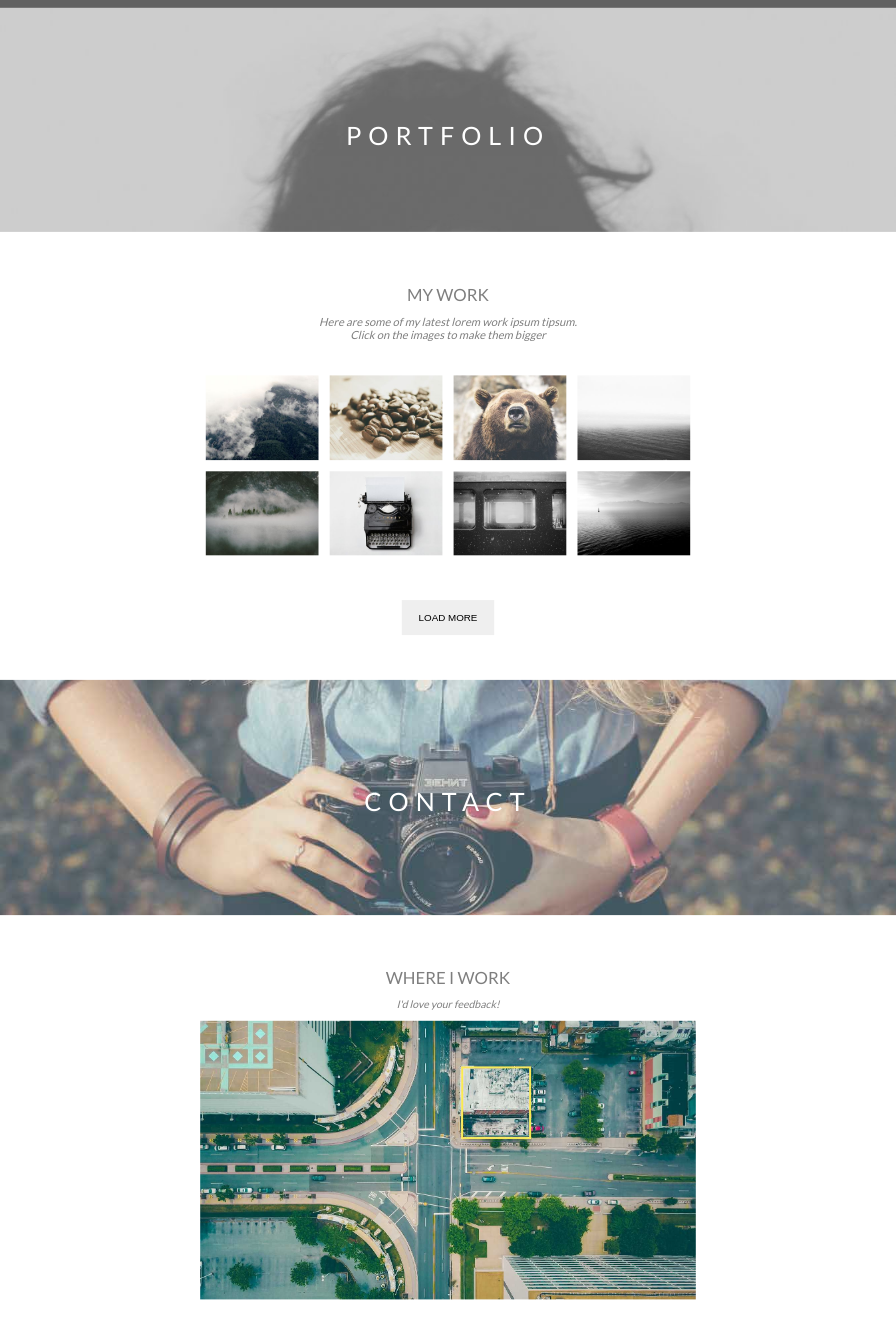
Repository: xd25vn/project-error
Page: index.html
An editor plug-in stored every save of this project. The page is shown before and after the next save, followed by the edit.
The browser window is 1280 px wide. The pictures show the part of the page from y = 1956 to 3876 px (the page is 3876 px tall before and 3638 px after), at 70% of full size.

Above is the page before, as saved 2023-09-03 17:28:01.

After the next save:
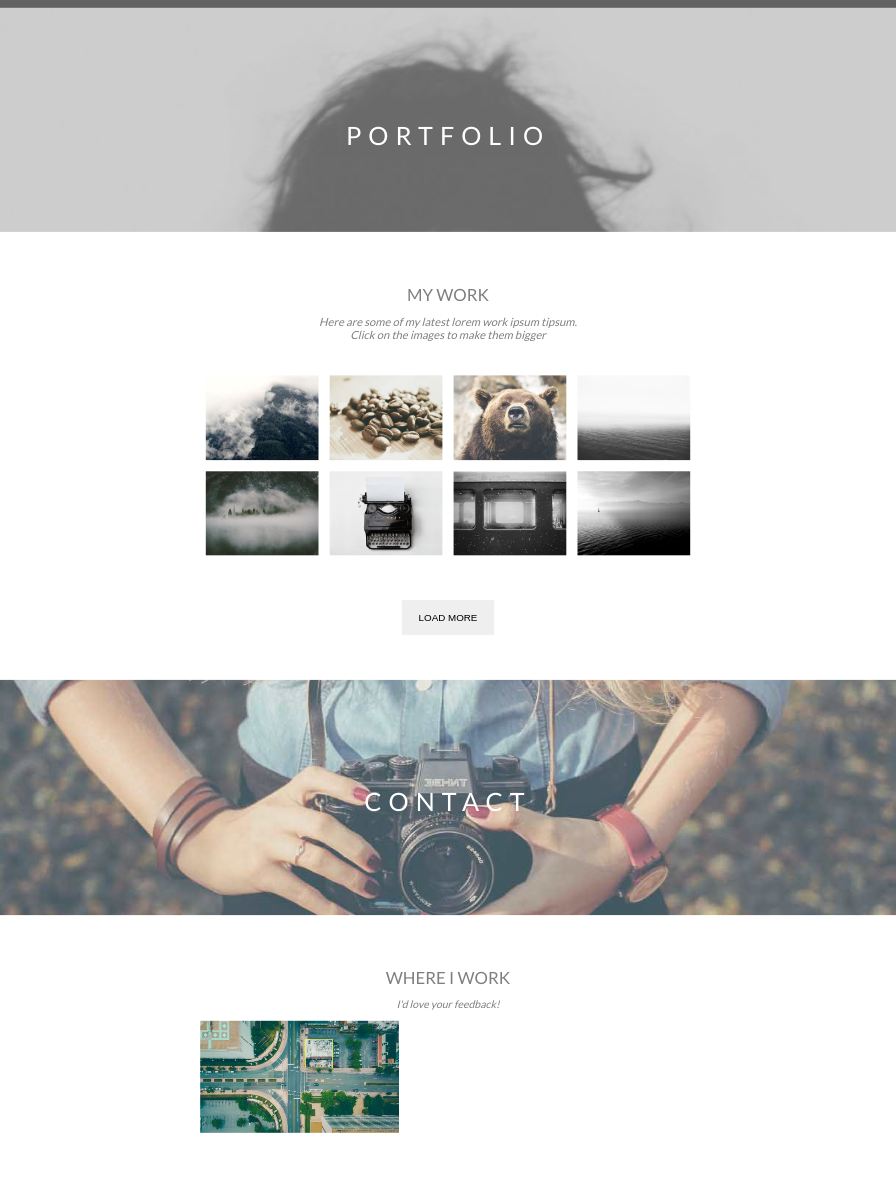
Saved 21 s later.
--- a/index.html
+++ b/index.html
@@ -188,7 +188,7 @@
 
             <div class="inf-map">
                 <div class="map-img">
-                    <img src="./assets/image/map.jpg" style="width: 100%;" alt="MAP">
+                    <img src="./assets/image/map.jpg" alt="MAP">
                 </div>
             </div>
         </div>
